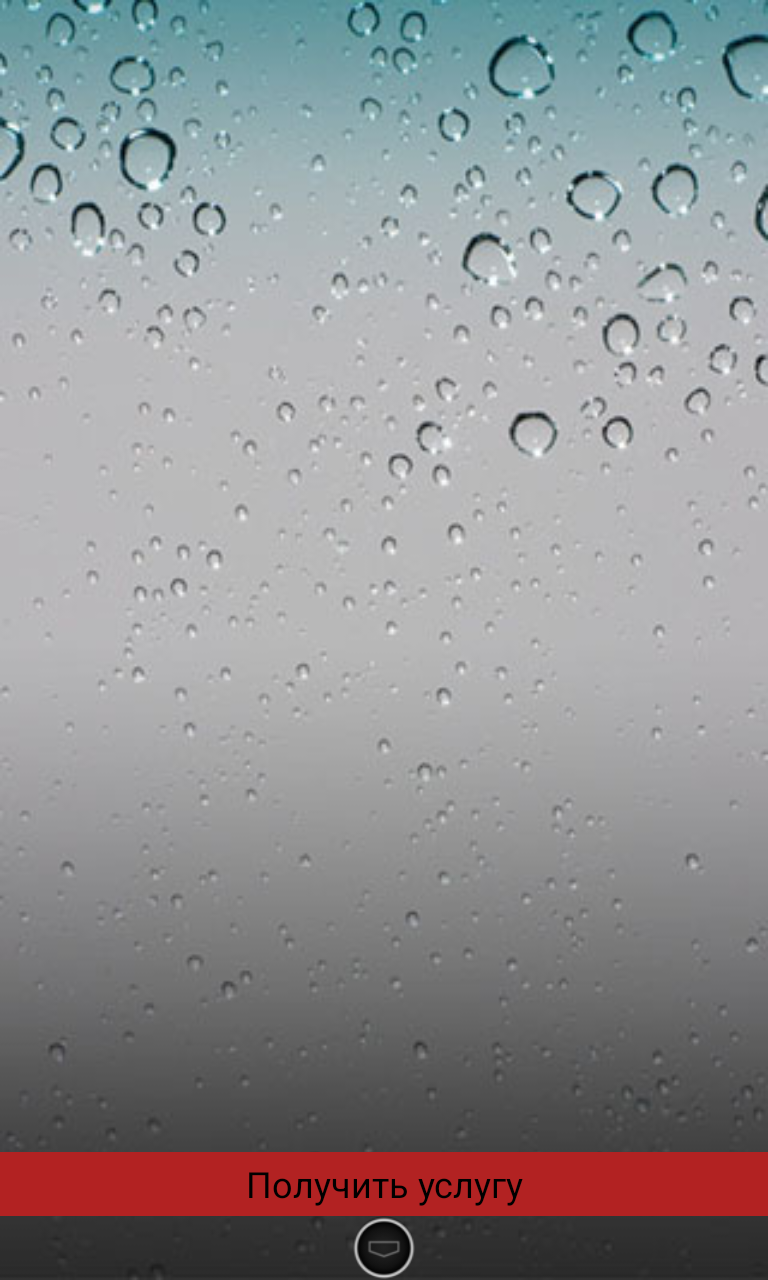
Repository: complexityclass/GosClient
Layout: Client/res/layout/activity_service.xml
An editor plug-in stored every save of this project. The layout is shown before and after the next save, followed by the edit.
It is drawn on a 768 x 1280 px phone screen (xhdpi) without system bars, with theme AppTheme; the app's code is not run. Lists and similar views that code fills are empty.

Above is the layout before, as saved 2013-04-23 11:50:51.

### Client/res/layout/activity_service.xml
<?xml version="1.0" encoding="utf-8"?>
<LinearLayout xmlns:android="http://schemas.android.com/apk/res/android"
    android:layout_width="fill_parent"
    android:layout_height="fill_parent"
    android:orientation="vertical" >

    <SlidingDrawer
        android:id="@+id/drawer"
        android:layout_width="fill_parent"
        android:layout_height="fill_parent"
        android:background="@drawable/kapli"
        android:content="@+id/content"
        android:handle="@+id/handle"
        android:rotation="0" >

        <LinearLayout
            android:id="@id/content"
            android:layout_width="fill_parent"
            android:layout_height="fill_parent"
            android:orientation="vertical"
            android:rotation="0" >

            <ExpandableListView
                android:id="@+id/exListView"
                android:layout_width="fill_parent"
                android:layout_height="wrap_content"
                android:background="@drawable/back"
                android:indicatorLeft="250dp"
                android:indicatorRight="300dp" />
        </LinearLayout>

        <LinearLayout
            android:id="@id/handle"
            android:layout_width="match_parent"
            android:layout_height="wrap_content"
            android:orientation="vertical"
            android:rotation="0" >

            <Button
                android:id="@+id/buttonGetSevice"
                android:layout_width="match_parent"
                android:layout_height="32dp"
                android:background="#B22222"
                android:text="Получить услугу" />

            <ImageView
                android:id="@+id/imageView23"
                android:layout_width="match_parent"
                android:layout_height="fill_parent"
                android:contentDescription="@string/Habarovsk"
                android:src="@drawable/upbutton" />

        </LinearLayout>
    </SlidingDrawer>

</LinearLayout>

### Client/res/values/strings.xml
<?xml version="1.0" encoding="utf-8"?>
<resources>

    <string name="app_name">Client</string>
    <string name="hello_world">Hello world!</string>
    <string name="menu_settings">Settings</string>
    <string name="title_activity_main">MainActivity</string>
    <string name="title_activity_about_us">About us</string>
    <string name="title_activity_news">News</string>
    <string name="title_activity_citizen_reg">Citizens</string>
    <string name="title_activity_agencies">Agencies</string>
    <string name="title_activity_areas_of">Areas</string>
    <string name="agencies_ru">Ведомства</string>
    <string name="about_project_ru">О проекте</string>
    <string name="areas_of_ru">Направления деятельности</string>
    <string name="news_ru">Новости</string>
    <string name="organizations_ru">Организациям</string>
    <string name="electronic_services_ru">Электронные услуги</string>
    <string name="life_situations_ru">Жизненные ситуации</string>
    <string name="information_ru">Информация</string>
    <string name="visitor_statistics_ru">Статистика посещений</string>
    <string name="search_news_ru">Поиск по новостям</string>
    <string name="citizens_ru">Гражданам</string>
    <string name="spots_treatment_ru">Места обращения</string>
    <string name="useful_links_ru">Полезные ссылки</string>
    <string name="universal_card_ru">Развитие универсальной электронной карты</string>
    <string name="faq_ru">Часто задаваемые вопросы</string>
    <string name="title_activity_test">TestActivity</string>
    <string name="title_activity_web_view">WebViewActivity</string>
    <string name="title_section3">Section 3</string>
    <string name="title_section2">Section 2</string>
    <string name="title_section1">Section 1</string>
    <string name="title_activity_swipe">SwipeActivity</string>
    <string name="title_activity_life_situations">LifeSituationsActivity</string>
    <string name="action_settings">Settings</string>
    <string name="label1">Tab 1</string>
    <string name="label2">Tab 2</string>
    <string name="label3">Tab 3</string>
    <string name="federational">Федеральные</string>
    <string name="munitipal">Муниципальные</string>
    <string name="regional">Региональные</string>
    <string name="title_activity_expandable_list_view_test">ExpandableListViewTest</string>
    <string name="title_activity_expandable_list">ExpandableListActivity</string>
    <string name="Habarovsk_Servise">Хабаровск Услуги</string>
    <string name="Habarovsk">Habarovsk</string>
    <string name="title_activity_service">ServiceActivity</string>
    <string name="title_activity_news_archive">NewsArchiveActivity</string>

</resources>

Loaded but not shown: Client/res/values-v11/styles.xml (common file); Client/res/values-v14/styles.xml (common file); Client/res/values/styles.xml (common file)

After the next save:
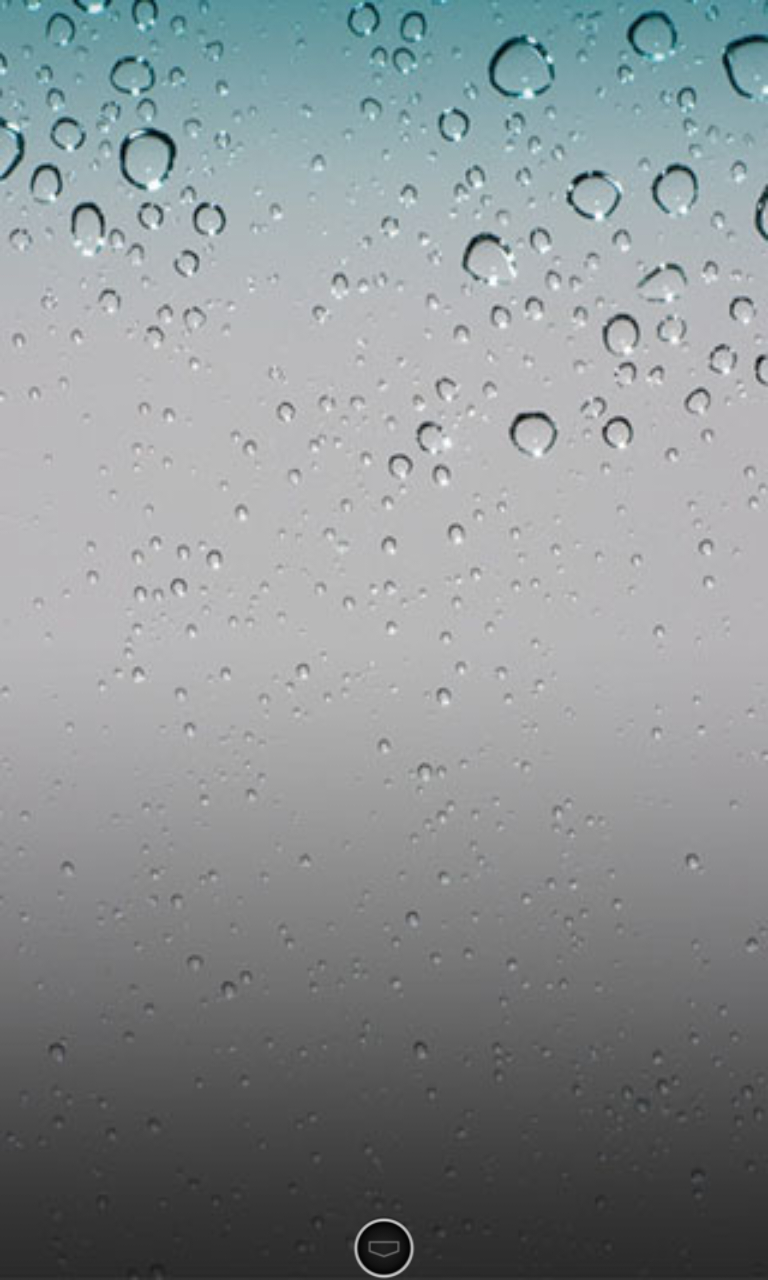
Saved 10 min 48 s later.
--- a/Client/res/layout/activity_service.xml
+++ b/Client/res/layout/activity_service.xml
@@ -20,6 +20,13 @@
             android:orientation="vertical"
             android:rotation="0" >
 
+             <Button
+                android:id="@+id/buttonGetSevice"
+                android:layout_width="match_parent"
+                android:layout_height="32dp"
+                android:background="#B22222"
+                android:text="Получить услугу" />
+
             <ExpandableListView
                 android:id="@+id/exListView"
                 android:layout_width="fill_parent"
@@ -36,12 +43,7 @@
             android:orientation="vertical"
             android:rotation="0" >
 
-            <Button
-                android:id="@+id/buttonGetSevice"
-                android:layout_width="match_parent"
-                android:layout_height="32dp"
-                android:background="#B22222"
-                android:text="Получить услугу" />
+
 
             <ImageView
                 android:id="@+id/imageView23"
